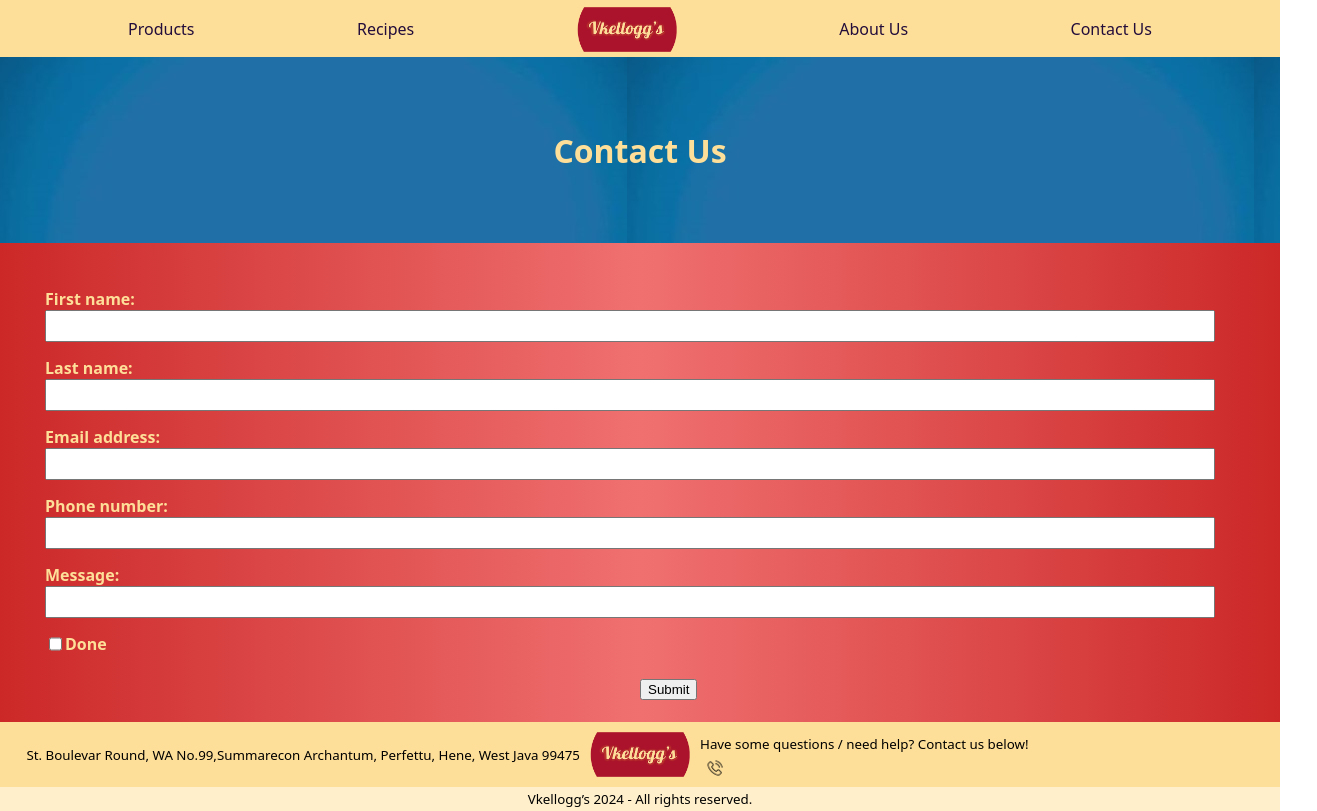
Repository: sugralld/VKelloggs
Page: Code and Assets/html/contactus.html
The author's editor kept a copy of each file at every save. The page is drawn from the files as they stood at one save, then again after the next save.
The browser window is 1280 px wide. The page is 1280 px wide, then 1317 px, so the pictures cover 1317 px, including what lies to the right of the window. The pictures show the whole page.

Above is the page before, as saved 2024-12-04 06:29:59.

### Code and Assets/html/contactus.html
<!DOCTYPE html>
<html lang="en">
<head>
    <meta charset="UTF-8">
    <meta name="viewport" content="width=device-width, initial-scale=1.0">
    <title>Contact Us | Vkellogg's</title>
    <link rel="stylesheet" href="../css/headerfooternavbar.css">
    <link rel="stylesheet" href="../css/contactus.css">
</head>
<body>
    <!-- header navigation -->
    <header>
        <nav>
            <div class="navbar-menu">
                <div><a class="navbar-link1" href="../html/products.html">Products</a></div>
                <div><a class="navbar-link2" href="../html/recipes.html">Recipes</a></div>
                <div class="navbar-link3"><a href="../html/homepage.html"><img src="../asset/Screenshot 2024-05-30 105858.png" width="100" height="45" alt=""></a></div>
                <div><a class="navbar-link4" href="../html/aboutus.html">About Us</a></div>
                <div><a class="navbar-link5" href="../html/contactus.html">Contact Us</a></div>
            </div>
        </nav>
    </header>

    <!-- Header Contact Us -->
    <div class="header">
        <h1>Contact Us</h1>
    </div>

    <!-- Form Contact Us -->
     <div class="form">
        <form action="" method = "post">
            <div class="formformat">
                <label for="firstname">First name: </label>
                <input type="text" name="firstname" id="firstname">
                <br>

                <label for="lastname">Last name: </label>
                <input type="text" name="lastname" id="lastname">
                <br>

                <label for="email">Email address: </label>
                <input type="text" name="email" id="email">
                <br>

                <label for="phonenum">Phone number: </label>
                <input type="text" name="phonenum" id="phonenum">
                <br>

                <label for="message">Message: </label>
                <input type="text" name="message" id="message">
                <br>

            </div>
            <div class="checkbox-container">
                <input type="checkbox" name="agreement" id="agreement">
                <label for="agreement">Done</label>
            </div>
            <br>
            <div class="button-container">
                <button type="button" onclick="validateData()">Submit</button>
            </div>
        </form>
        <script src="../js/contactus.js"></script>
     </div>

     <!-- Footer -->
    <footer class="footer">
        <div class="upperfooter">
            <div class="footert1"><p>St. Boulevar Round, WA No.99,Summarecon Archantum, Perfettu, Hene, West Java 99475</p></div>
            <div class="footert2"><img src="../asset/Screenshot 2024-05-30 105858.png" width="100" height="45" alt=""></div>
            <div class="footert3">
                <p class="footert4">Have some questions / need help? Contact us below!</p>
                <a href="../html/contactus.html"><img src="../asset/image-removebg-preview (27).png" width="30" height="auto" alt=""></a>
            </div>
        </div>
        <div class="lowerfooter">
            <p class="textlowerfooter">Vkellogg’s 2024  -  All rights reserved.
            </p>
        </div>
     </footer>

</body>
</html>

### Code and Assets/css/headerfooternavbar.css
body {
    margin: 0;
    font-family: system-ui;
}

.navbar-menu{
    display: flex;
    justify-content: space-between;
    align-items: center;
    padding: 0px 10%;
    background-color: #FEDF99;
}

a:hover{
    background-color: #F5F5F5;
    border-radius: 30px;
    color: #CC2828;
}

.navbar-link1,.navbar-link2,.navbar-link4,.navbar-link5{
    font-family: system-ui;
    font-weight: 500;
    text-decoration: none;
    color: #230D3B;
}

.navbar-link3{
    display: block;
    margin-top: 0.7%;
    margin-bottom: 0px;
}

.footer{
    position: bot;
}

.upperfooter{
    display: flex;
    background-color: #FEDF99;
    justify-content: center;
    align-items: center;
}

.footert1,.footert3{
    padding: 0px 10px;
    display: block;
    width: 1200px;
    font-size: smaller;
}

.footert1{
    text-align: right;
}

.footert3{
    text-align: left;
}

.footert2{
    margin-top: 4px;
}

.lowerfooter{
    background-color: #FFEFCB;
    padding: 0;
    margin: 0px;
}

.textlowerfooter{
    margin: 0;
    padding: 3px;
    font-size: smaller;
    text-align: center;
}

.footert4{
    margin-bottom: 0;
}

### Code and Assets/css/contactus.css
.header{
    background-image: url(../asset/copydesktop-wallpaper-kellogg-s-frosted-flakes-breakfast-cereal-original-33-5-oz-box.jpg);
    display: block;
    padding: 50px;
    text-align: center;
    color: #FEDF99;
}

.form{
    margin: 0 auto;
    background: linear-gradient(0.25turn,#CC2828,#F07070,#CC2828);
    padding: 45px;
    font-weight: bold;
    color: #FEDF99;
}

.formformat label{
    display: block;
}

.formformat input[type="text"]{
    width: calc(100% - 20px);
    max-width: 100%;
    margin: 0 auto 15px;
    padding: 5px;
    box-sizing: border-box;
    font-family: Arial, sans-serif;
    font-size: 16px;
}

.checkbox-container{
    display: flex;
}

.button-container{
   padding: 0;
   text-align: centers;
   position: absolute;
   left: calc(50%);
 }

.button-container button{
   display: inline-block;
}

### Code and Assets/js/contactus.js
function wordLen(str) {
    const value = str.trim().split(/\s+/);
    return value.length;
}

function checkAlphaNum(password){
    var isAlpha = false;
    var isNum = false;
    for(let i=0; i<password.length; i++){
        if(isNaN(password[i])){
            isAlpha = true;
        }
        else{
            isNum = true;
        }

        if(isAlpha || isNum){
            return true;
        }
    }
    return false;
}


function validateData(){
    var firstname = document.getElementById("firstname");
    var lastname = document.getElementById("lastname");
    var email = document.getElementById("email");
    var phonenum = document.getElementById("phonenum");
    var message = document.getElementById("message");
    var agreement = document.getElementById("agreement");

    if(!checkAlphaNum(firstname.value)){
        alert("First name must be alphabet!");
    }
    else if(!checkAlphaNum(lastname.value)){
        alert("Last name must be alphabet!");
    }
    else if(!email.value.endsWith("@gmail.com")){
        alert("Email must end with '@gmail.com'!");
    }
    else if(!checkAlphaNum(phonenum.value)){
        alert("Phone number must be numeric!");
    }
    else if(wordLen(message.value)<5){
        alert("Message must be at least 5 words!");
    }
    else if(!agreement.checked){
        alert("'Done' checkbox must be checked!");
    }
    else{
        alert("Message Submitted.");
    }

}

After the next save:
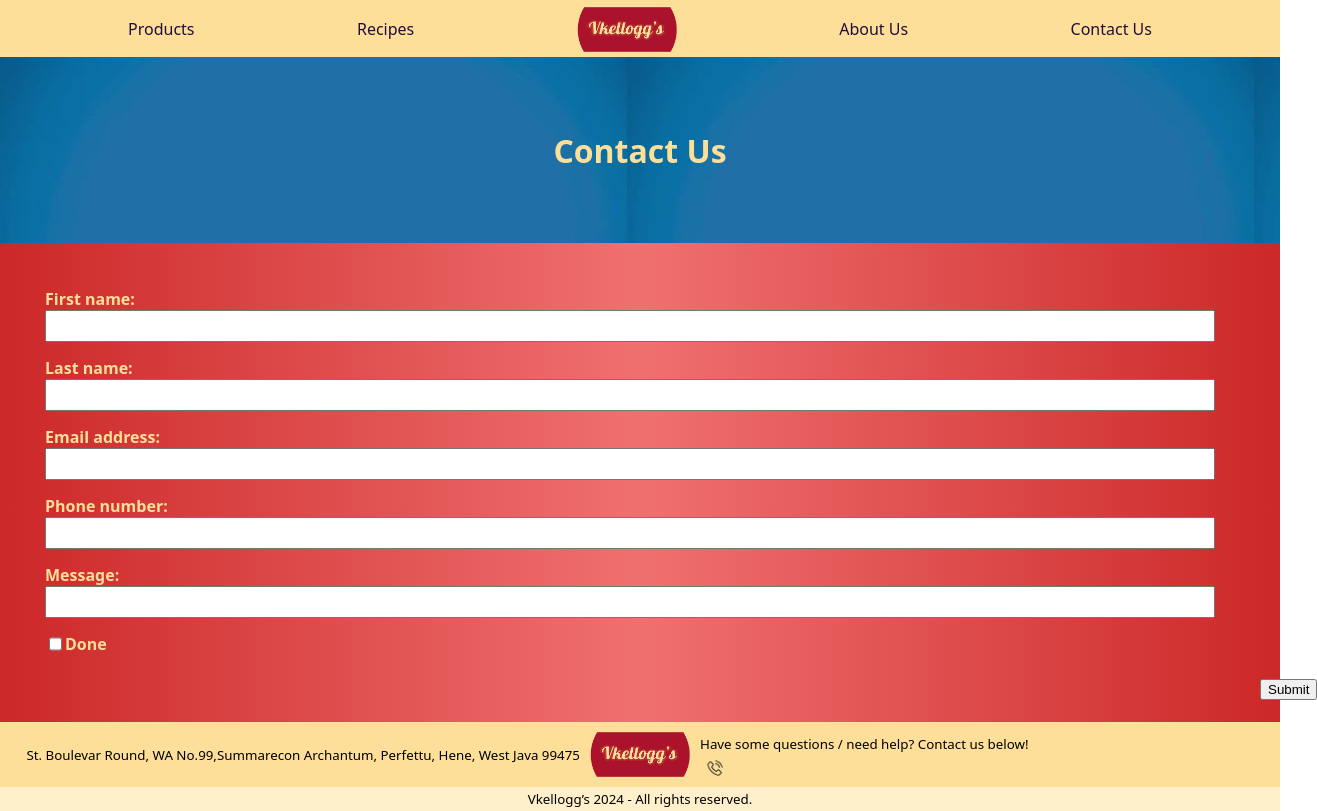
Saved 17 s later.
--- a/Code and Assets/css/contactus.css
+++ b/Code and Assets/css/contactus.css
@@ -36,7 +36,7 @@
    padding: 0;
    text-align: centers;
    position: absolute;
-   left: calc(50%);
+   left: calc(100% - 20px);
  }
 
 .button-container button{
